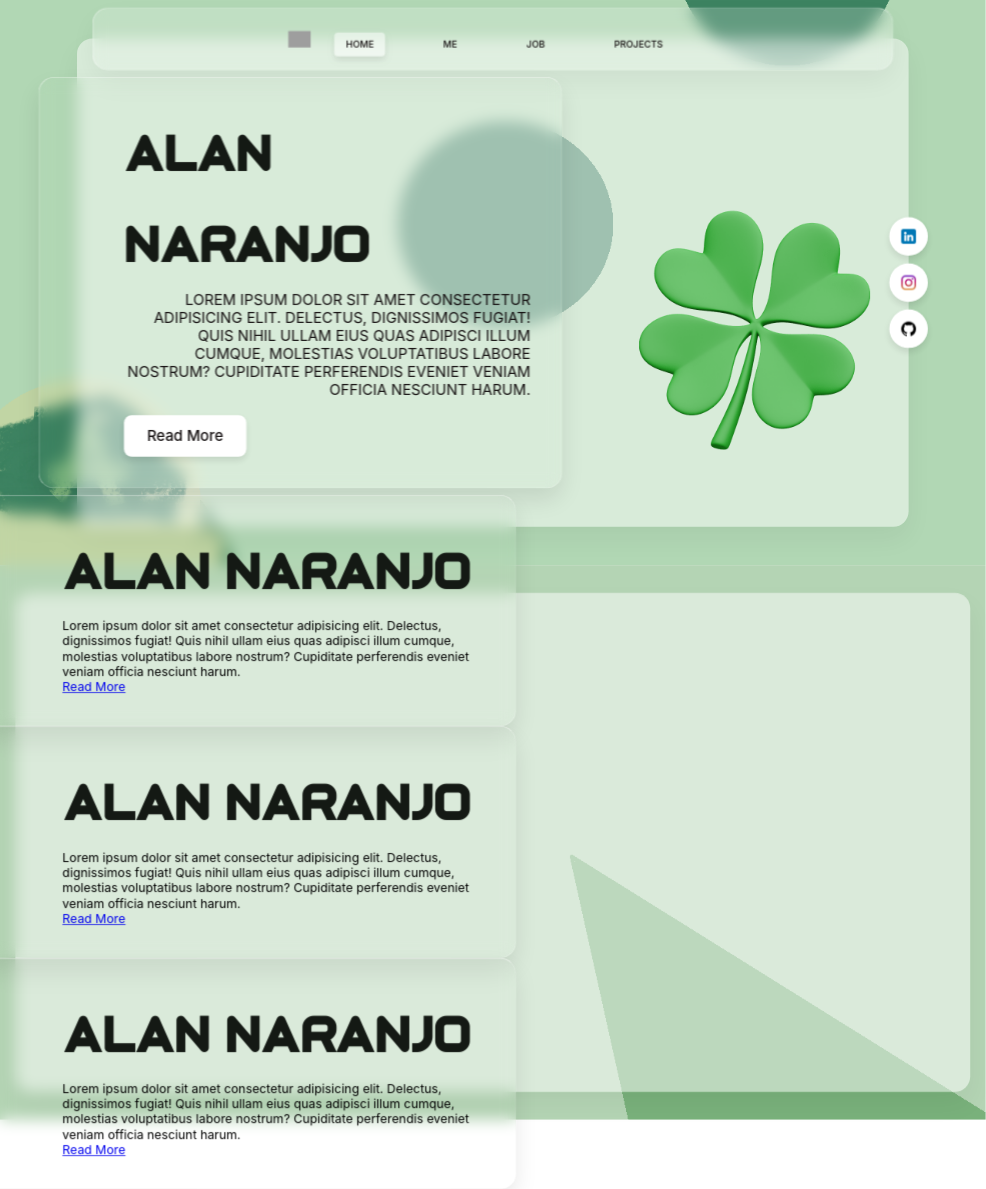
Repository: L-A-M-J-O/Me-sitio-Web
Page: / (app in my-project/)
The author's editor kept a copy of each file at every save. The page is drawn from the files as they stood at one save, then again after the next save.
The browser window is 1280 px wide. The pictures show the whole page, at 77% of full size.
Pictures or frames that could not be fetched are drawn as grey boxes. Backgrounds fixed to the window are drawn as part of the page. The project was rebuilt for these pictures with package versions that can differ from the ones it lists, and the page was loaded fresh each time.

Above is the page before, as saved 2022-09-20 16:04:22.

### my-project/src/App.jsx
import './App.css';
import Me from './components/Me/Me';

import Navbar from './components/Navbar/Navbar'


function App() {
  return (
    <>
      <Navbar/>
      <Me/>
    </>


  );
}

export default App;

### my-project/src/App.css
 * {
    margin: 0;
    padding: 0;
    box-sizing: border-box;
 }

### my-project/src/components/Me/Me.jsx
import React from 'react'

import '../Me/Me.css'

import {Link } from 'react-scroll'

function Me() {
  return (
    <div className='section-me' id='me'>
      <div className='container-m-me'>
        <div className='row justify-content-end'>
          <div className='col-12'>
            <div className='content-me'>
            <h2>Alan Naranjo</h2>
            <p>Lorem ipsum dolor sit amet consectetur adipisicing elit. Delectus, dignissimos fugiat! Quis nihil ullam eius quas adipisci illum cumque, molestias voluptatibus labore nostrum? Cupiditate perferendis eveniet veniam officia nesciunt harum.</p>
            <Link href='#'>Read More</Link>
          </div>
          </div>
          <div className='col-12'>
            <div className='content-me'>
            <h2>Alan Naranjo</h2>
            <p>Lorem ipsum dolor sit amet consectetur adipisicing elit. Delectus, dignissimos fugiat! Quis nihil ullam eius quas adipisci illum cumque, molestias voluptatibus labore nostrum? Cupiditate perferendis eveniet veniam officia nesciunt harum.</p>
            <Link href='#'>Read More</Link>
          </div>
          </div>
          <div className='col-12'>
            <div className='content-me'>
            <h2>Alan Naranjo</h2>
            <p>Lorem ipsum dolor sit amet consectetur adipisicing elit. Delectus, dignissimos fugiat! Quis nihil ullam eius quas adipisci illum cumque, molestias voluptatibus labore nostrum? Cupiditate perferendis eveniet veniam officia nesciunt harum.</p>
            <Link href='#'>Read More</Link>
          </div>
          </div>
        </div>
      </div>
    </div>
  )
}

export default Me

### my-project/src/components/Navbar/Navbar.jsx
import React from 'react'

import {Link} from 'react-scroll'

import logotipo from '../../assets/img/logotipo.png'
import icon from '../../assets/img/icon.png'
import instagram from '../../assets/img/instagram.png'
import linkedin from '../../assets/img/linkedin.png'
import github from '../../assets/img/github.png'

import '../Navbar/Navbar.css'


function Navbar() {
  return (
    <section id='nav'>
      <div className='container-m'>
        <header>
          <Link to='nav' className='logo'><img src={ icon} alt='icon' width={30}/></Link>
          <ul>
            <li><Link to='nav' className='active'>Home</Link></li>
            <li><Link to='me' href='#' className=''>Me</Link></li>
            <li><Link href='#' className=''>Job</Link></li>
            <li><Link href='#' className=''>Projects</Link></li>
          </ul>
        </header>
        <div className='content'>
          <h2>Alan Naranjo</h2>
          <p>Lorem ipsum dolor sit amet consectetur adipisicing elit. Delectus, dignissimos fugiat! Quis nihil ullam eius quas adipisci illum cumque, molestias voluptatibus labore nostrum? Cupiditate perferendis eveniet veniam officia nesciunt harum.</p>
          <Link href='#'>Read More</Link>
        </div>
        <div className='img-icon'>
          <img src={ logotipo } alt='logotipo'/>
        </div>
        <ul className='sci'>
          <li><Link href='#'><img src={linkedin} alt='linkedin'/></Link></li>
          <li><Link href='#'><img src={instagram} alt='instagram'/></Link></li>
          <li><Link href='#'><img src={github} alt='github'/></Link></li>
        </ul>
      </div>
    </section>
  )
}

export default Navbar

### my-project/src/components/Me/Me.css
.section-me {
    display: flex;
    justify-content: center;
    align-items: center;
    min-height: 100vh;
    background-image: url(../../assets/img/banner1.png);
    background-position: center;
    background-attachment: fixed;
    padding: 20px;
}
.container-m-me {
    position: relative;
    width: 100%;
    height: 90vh;
    background-color: rgba(255, 255, 255, 0.5);
    box-shadow:  0 15px 35px rgba(0, 0, 0, 0.05);
    border-radius: 20px;
    display: flex;
    justify-content: space-between;
    align-items: center;
    padding: 50px;
}

.content-me {
    transform: translateX(-100px);
    max-width: 700px;
    box-shadow:  0 15px 30px rgba(0, 0, 0, 0.1);
    border-radius: 20px;
    backdrop-filter: blur(10px);
    border: 1px solid rgba(255, 255, 255, 0.25);
    border-top: 1px solid rgba(255, 255, 255, 0.5);
    border-left: 1px solid rgba(255, 255, 255, 0.5);
    padding: 40px;
    padding-left: 110px;
}
.content-me h2 {
    font-family: Osiris;
    font-size: 4rem;
    line-height: 1.85;
    text-transform: lowercase;
    margin: 0;
    color: #141914;
}
.content p {
    text-align: end;
    border: var(--default-border-width) solid var(--default-border-color);
    border-radius: var(--default-border-radius);
    text-transform: uppercase;
    font-weight: 400;
    font-size: max(12px,.9375vw);
    line-height: 1.2222222222;
    transition: background-color .15s ease-in-out;
    -webkit-appearance: none;
    appearance: none;
    font-size: 1.2em;
    color: #140f10;
}
.content a {
    display: inline-block;
    padding: 15px 30px;
    background: #fff;
    color: #140f10;
    margin-top: 20px;
    border-radius: 10px;
    font-size: 1.2em;
    font-weight: 500;
    text-decoration: none;
    box-shadow:  0 5px 10px rgba(0, 0, 0, 0.1);
}

### my-project/src/components/Navbar/Navbar.css
@font-face {
    font-family: Osiris;
    src: url(../../assets//img/Osiris.otf);
}

section {
    display: flex;
    justify-content: center;
    align-items: center;
    min-height: 100vh;
    background-image: url(../../assets/img/banner.png);
    background-position: center;
    background-attachment: fixed;
    padding: 50px;
}
.container-m{
    position: relative;
    width: calc(100% - 100px);
    height: 88vh;
    background-color: rgba(255, 255, 255, 0.5);
    box-shadow:  0 15px 35px rgba(0, 0, 0, 0.05);
    border-radius: 20px;
    display: flex;
    justify-content: space-between;
    align-items: center;
    padding: 50px;
}
header {
    position: absolute;
    top: -40px;
    right: 20px;
    left: 20px;
    padding: 20px 50px;
    display: flex;
    justify-content: center;
    align-items: baseline;
    background: rgba(255, 255, 255, 0.2);
    box-shadow:  0 15px 35px rgba(0, 0, 0, 0.05);
    border-radius: 20px;
    backdrop-filter: blur(10px);
    border: 1px solid rgba(255, 255, 255, 0.25);
    border-top: 1px solid rgba(255, 255, 255, 0.5);
    border-left: 1px solid rgba(255, 255, 255, 0.5);
}

header .logo {
    color: #140f10;
    font-weight: 700;
    text-decoration: none;
    font-size: 2rem;
}
header ul {
    display: flex;
}
header ul li {
    list-style: none;
    margin:  0 30px;
}
header ul li a {
    border: var(--default-border-width) solid var(--default-border-color);
    border-radius: var(--default-border-radius);
    text-transform: uppercase;
    font-weight: 500;
    font-size: max(12px,.9375vw);
    padding: 0 1.3333em;
    height: 2.5555em;
    line-height: 1.2222222222;
    transition: background-color .15s ease-in-out;
    -webkit-appearance: none;
    appearance: none;
    text-decoration: none;
    color: #140f10;
    padding: 8px 15px;
    border-radius: 25px;
    cursor: pointer;
}
header ul li a:hover,
header ul li a.active {
    border-radius: 5px;
    background-color: #ffffff81;
    color: #140f10;
    box-shadow: 0 5px 10px rgba(0, 0, 0, 0.1);
}

.content {
    transform: translateX(-100px);
    max-width: 700px;
    box-shadow:  0 15px 30px rgba(0, 0, 0, 0.1);
    border-radius: 20px;
    backdrop-filter: blur(10px);
    border: 1px solid rgba(255, 255, 255, 0.25);
    border-top: 1px solid rgba(255, 255, 255, 0.5);
    border-left: 1px solid rgba(255, 255, 255, 0.5);
    padding: 40px;
    padding-left: 110px;
}
.content h2 {
    font-family: Osiris;
    font-size: 4rem;
    line-height: 1.85;
    text-transform: lowercase;
    margin: 0;
    color: #141914;
}
.content p {
    text-align: end;
    border: var(--default-border-width) solid var(--default-border-color);
    border-radius: var(--default-border-radius);
    text-transform: uppercase;
    font-weight: 400;
    font-size: max(12px,.9375vw);
    line-height: 1.2222222222;
    transition: background-color .15s ease-in-out;
    -webkit-appearance: none;
    appearance: none;
    font-size: 1.2em;
    color: #140f10;
}
.content a {
    display: inline-block;
    padding: 15px 30px;
    background: #fff;
    color: #140f10;
    margin-top: 20px;
    border-radius: 10px;
    font-size: 1.2em;
    font-weight: 500;
    text-decoration: none;
    box-shadow:  0 5px 10px rgba(0, 0, 0, 0.1);
}
.img-icon img {
    max-width: 400px;
    animation: animate 5s linear infinite;
}
@keyframes animate {
    0%,100%{
        transform: translateY(50px);
    }
    50% {
        transform: translateY(100px);
    }
}
.sci {
    position: absolute;
    right: -25px;
    display: flex;
    justify-content: center;
    align-items: center;
    flex-direction: column;
}
.sci li {
    list-style: none;
}
.sci li a {
    text-decoration: none;
    width: 50px;
    height: 50px;
    background: #fff;
    display: flex;
    justify-content: center;
    align-items: center;
    border-radius: 50%;
    margin: 5px 0;
    box-shadow: 0 5px 10px rgba(0, 0, 0, 0.1);
}
.sci li a img {
    transform: scale(0.6);
    transition: 0.5s;
}
sci li:hover a img {
    transform: scale(0.6) rotate(360deg);
}

Loaded but not shown: my-project/src/index.js (common file); my-project/src/index.css (common file); my-project/src/reportWebVitals.js (common file)

After the next save:
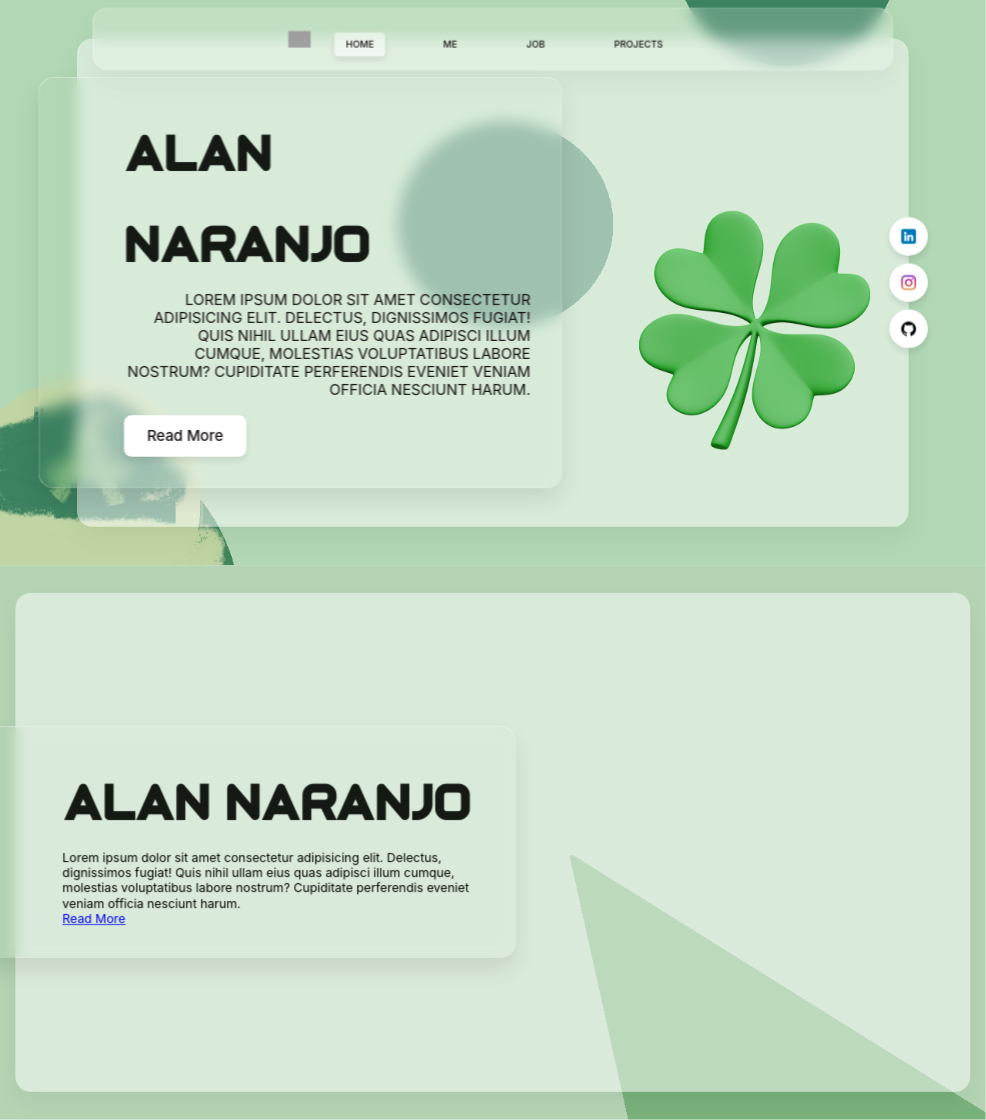
Saved 5 s later.
--- a/my-project/src/components/Me/Me.jsx
+++ b/my-project/src/components/Me/Me.jsx
@@ -16,20 +16,6 @@ function Me() {
             <Link href='#'>Read More</Link>
           </div>
           </div>
-          <div className='col-12'>
-            <div className='content-me'>
-            <h2>Alan Naranjo</h2>
-            <p>Lorem ipsum dolor sit amet consectetur adipisicing elit. Delectus, dignissimos fugiat! Quis nihil ullam eius quas adipisci illum cumque, molestias voluptatibus labore nostrum? Cupiditate perferendis eveniet veniam officia nesciunt harum.</p>
-            <Link href='#'>Read More</Link>
-          </div>
-          </div>
-          <div className='col-12'>
-            <div className='content-me'>
-            <h2>Alan Naranjo</h2>
-            <p>Lorem ipsum dolor sit amet consectetur adipisicing elit. Delectus, dignissimos fugiat! Quis nihil ullam eius quas adipisci illum cumque, molestias voluptatibus labore nostrum? Cupiditate perferendis eveniet veniam officia nesciunt harum.</p>
-            <Link href='#'>Read More</Link>
-          </div>
-          </div>
         </div>
       </div>
     </div>
